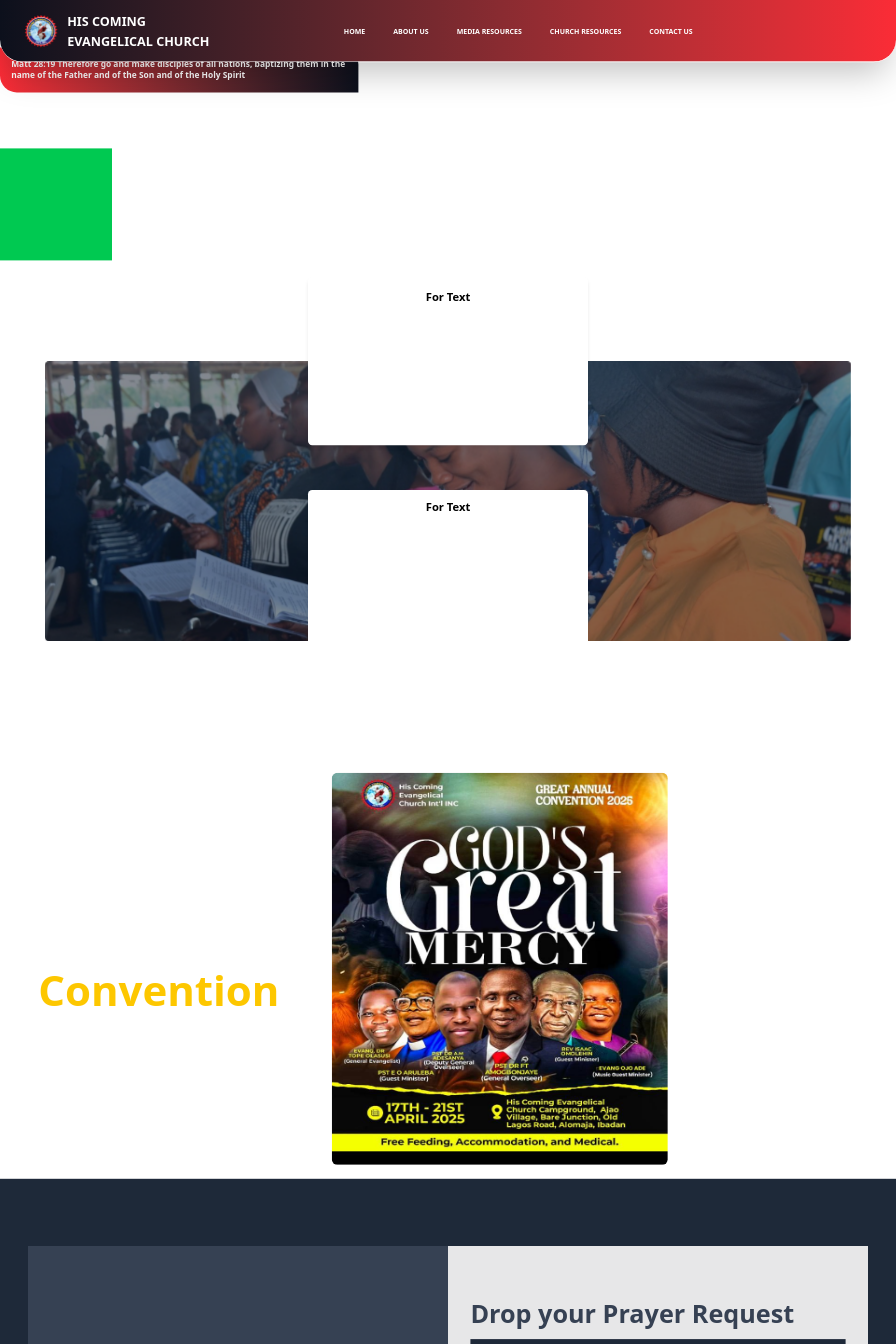
Repository: EmmyDunny1/HCEC-Website
Page: /
These files come from the project's save history. The page is drawn as it stood at one moment and after the next save; the edit follows.
The browser window is 1280 px wide. The pictures show the part of the page from y = 0 to 1920 px (the page is 2832 px tall), at 70% of full size.
The project was rebuilt for these pictures with package versions that can differ from the ones it lists, and the page was loaded fresh each time. The framework's server and built-in components were replaced by stand-ins that run in the browser. Also part of the build but not shown: next.config.ts.

Above is the page before, as saved 2025-07-22 12:25:24.

After the next save:
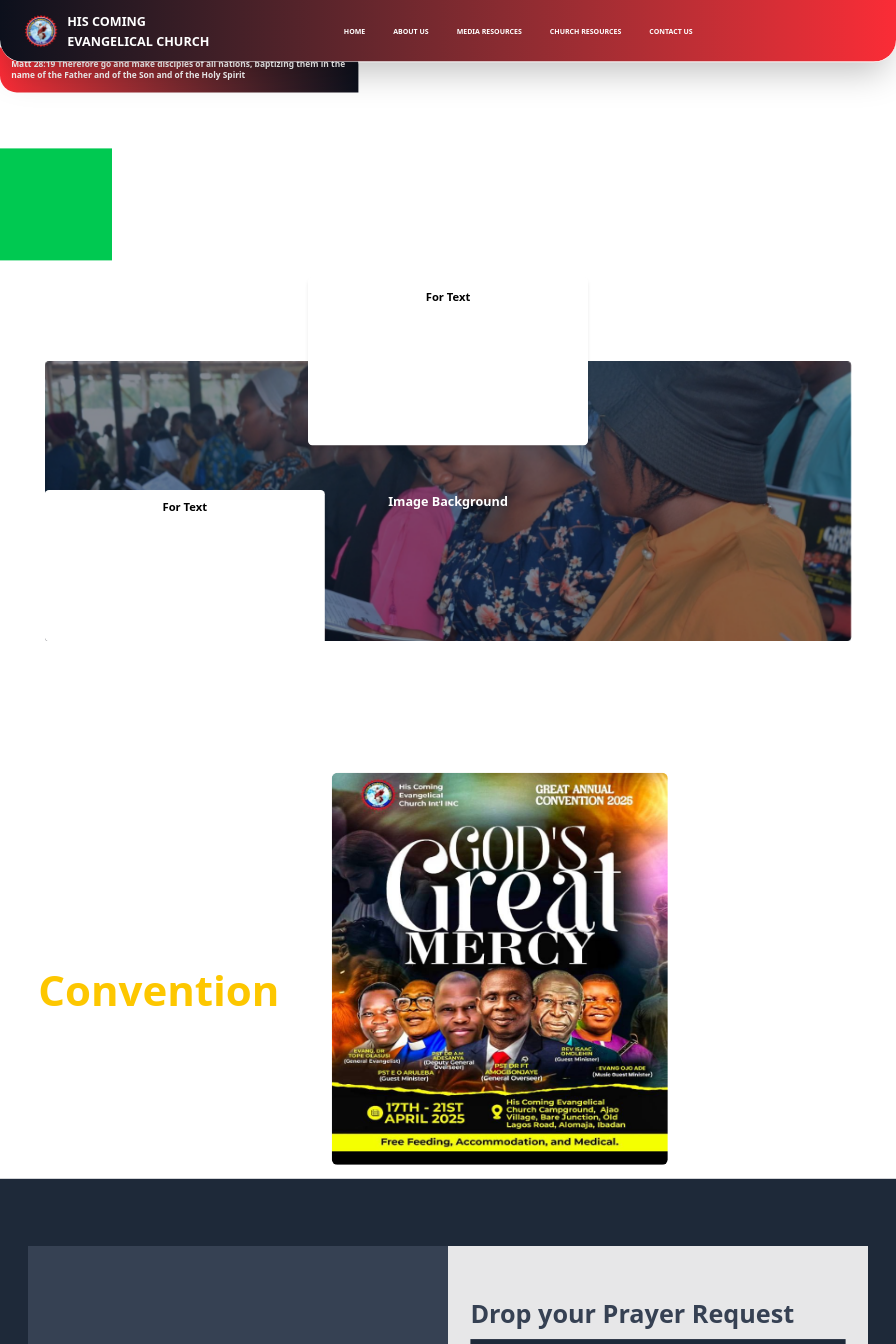
Saved 66 s later.
--- a/app/Hero-Section/page.tsx
+++ b/app/Hero-Section/page.tsx
@@ -25,7 +25,7 @@
 </div>
 
 {/* Bottom Text Box */}
-<div className="absolute bottom-[-1.5rem] left-1/2 transform -translate-x-1/2 h-[15rem] w-[25rem] bg-white shadow-md p-3 rounded-md z-10">
+<div className="absolute bottom-[-1.5rem]  h-[15rem] w-[25rem] bg-white shadow-md p-3 rounded-md z-10">
   <p className="text-center font-semibold">For Text</p>
 </div>
 </div>
